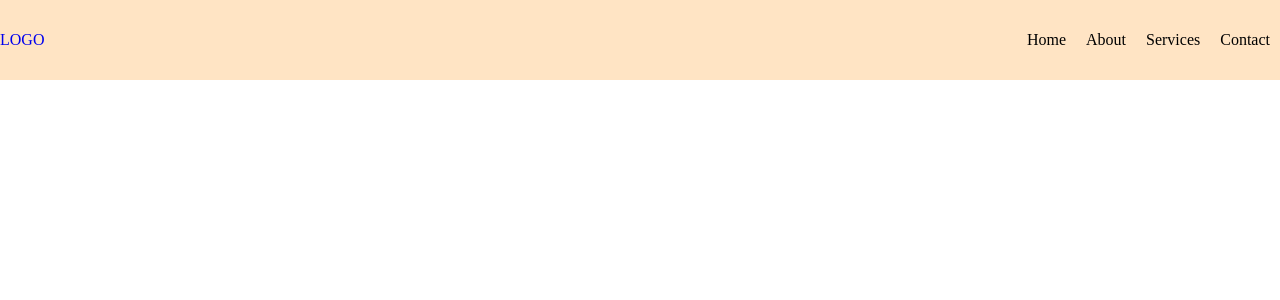
Repository: chanchalsaini/React-WUI
Page: /
The author's editor kept a copy of each file at every save. The page is drawn from the files as they stood at one save, then again after the next save.
The browser window is 1280 px wide. The pictures show the whole page.
The project was rebuilt for these pictures with package versions that can differ from the ones it lists, and the page was loaded fresh each time.

Above is the page before, as saved 2020-09-21 21:55:08.

### src/index.js
import React from "react";
import ReactDOM from "react-dom";

import App from "./App";
import * as serviceWorker from "./serviceWorker";

ReactDOM.render(
  <React.StrictMode>
    <App />
  </React.StrictMode>,
  document.getElementById("root")
);

serviceWorker.unregister();

### src/App.js
import React, { Fragment } from "react";
import Navbar from "./components/Navbar";
import "./App.css";

function App() {
  return (
    <Fragment>
      <Navbar />
    </Fragment>
  );
}

export default App;

### src/components/Navbar.js
import React from "react";

function Navbar() {
  return (
    <header>
      <a href='/' className='logo'>
        LOGO
      </a>
      <ul className='links'>
        <a href='#' className='link'>
          <li>Home</li>
        </a>
        <a href='#' className='link'>
          <li>About</li>
        </a>
        <a href='#' className='link'>
          <li>Services</li>
        </a>
        <a href='#' className='link'>
          <li>Contact</li>
        </a>
      </ul>
    </header>
  );
}

export default Navbar;

### src/App.css
* {
  margin: 0px;
}
header {
  background-color: bisque;
  display: flex;
  justify-content: space-between;
  align-items: center;
  position: fixed;
  width: 100%;
  height: 80px;
}
.logo {
  text-decoration: none;
}
.links {
  list-style: none;
  display: flex;
  align-items: center;
}
.link {
  text-decoration: none;
  color: black;
  margin: 0px 10px;
}

Loaded but not shown: public/index.html (common file); src/serviceWorker.js (common file)

After the next save:
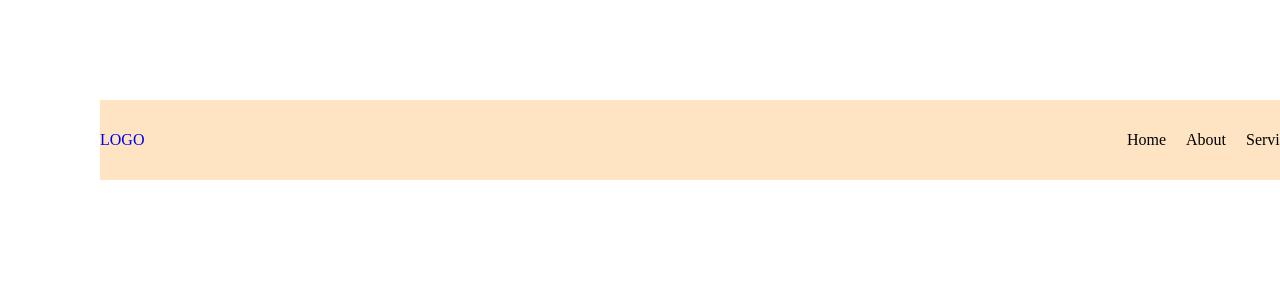
Saved 17 s later.
--- a/src/App.css
+++ b/src/App.css
@@ -9,6 +9,7 @@ header {
   position: fixed;
   width: 100%;
   height: 80px;
+  margin: 100px;
 }
 .logo {
   text-decoration: none;
